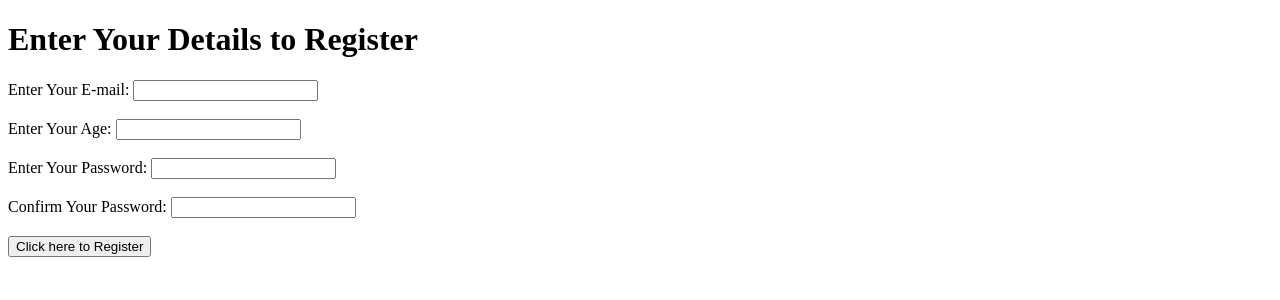
Repository: royalnavghans/JavaFullStackGit
Page: http://localhost/SpringAss2/WEB-INF/Register.jsp
These files come from the project's save history. The page is drawn as it stood at one moment and after the next save; the edit follows.
The browser window is 1280 px wide. The pictures show the whole page.
The page is served by Tomcat 9. Nobody is signed in. Other server files are loaded and not shown. The template is opened directly, without the code that normally fills it, so the values that code supplies are empty.

Above is the page before, as saved 2022-12-04 10:11:07.

### RoyalSpringProjects/RoyalSpringProjects/SpringAss2/src/main/webapp/WEB-INF/Register.jsp
<%@ page language="java" contentType="text/html; charset=ISO-8859-1"
    pageEncoding="ISO-8859-1"%>
    <%@ taglib prefix="form" uri="http://www.springframework.org/tags/form" %>
<!DOCTYPE html>
<html>
<head>
<meta charset="ISO-8859-1">
<title>Insert title here</title>
</head>
<style type="text/css">
.error{color: red}
</style>
<body>
<h1>Enter Your Details to Register</h1>
	<form:form action="validate" modelAttribute="cust">
		Enter Your E-mail: <form:input path="Email"/><br/>
		<form:errors path="Email" cssClass="error"/><br/>
		Enter Your Age: <form:input path="Age"/><br/>
		<form:errors path="Age" cssClass="error"/><br/>
		Enter Your Password: <form:input path="Password"/><br/>
		<form:errors path="Password" cssClass="error"/><br/>
		Confirm Your Password: <form:input path="ConfrmPassword"/><br/>
		<form:errors path="ConfrmPassword" cssClass="error"/><br/>
			<input type="submit" value="Click here to Register">
	</form:form>
</body>
</html>

After the next save:
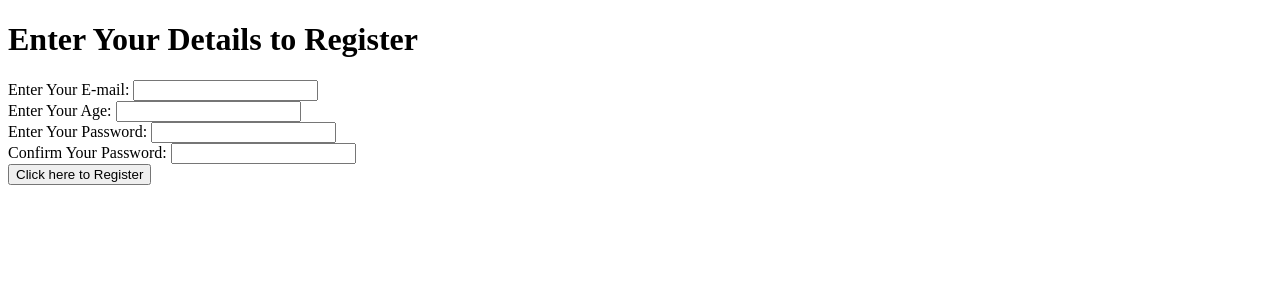
Saved 98 s later.
--- a/RoyalSpringProjects/RoyalSpringProjects/SpringAss2/src/main/webapp/WEB-INF/Register.jsp
+++ b/RoyalSpringProjects/RoyalSpringProjects/SpringAss2/src/main/webapp/WEB-INF/Register.jsp
@@ -13,13 +13,13 @@
 <body>
 <h1>Enter Your Details to Register</h1>
 	<form:form action="validate" modelAttribute="cust">
-		Enter Your E-mail: <form:input path="Email"/><br/>
+		Enter Your E-mail: <form:input path="Email"/>
 		<form:errors path="Email" cssClass="error"/><br/>
-		Enter Your Age: <form:input path="Age"/><br/>
+		Enter Your Age: <form:input path="Age"/>
 		<form:errors path="Age" cssClass="error"/><br/>
-		Enter Your Password: <form:input path="Password"/><br/>
+		Enter Your Password: <form:input path="Password"/>
 		<form:errors path="Password" cssClass="error"/><br/>
-		Confirm Your Password: <form:input path="ConfrmPassword"/><br/>
+		Confirm Your Password: <form:input path="ConfrmPassword"/>
 		<form:errors path="ConfrmPassword" cssClass="error"/><br/>
 			<input type="submit" value="Click here to Register">
 	</form:form>
